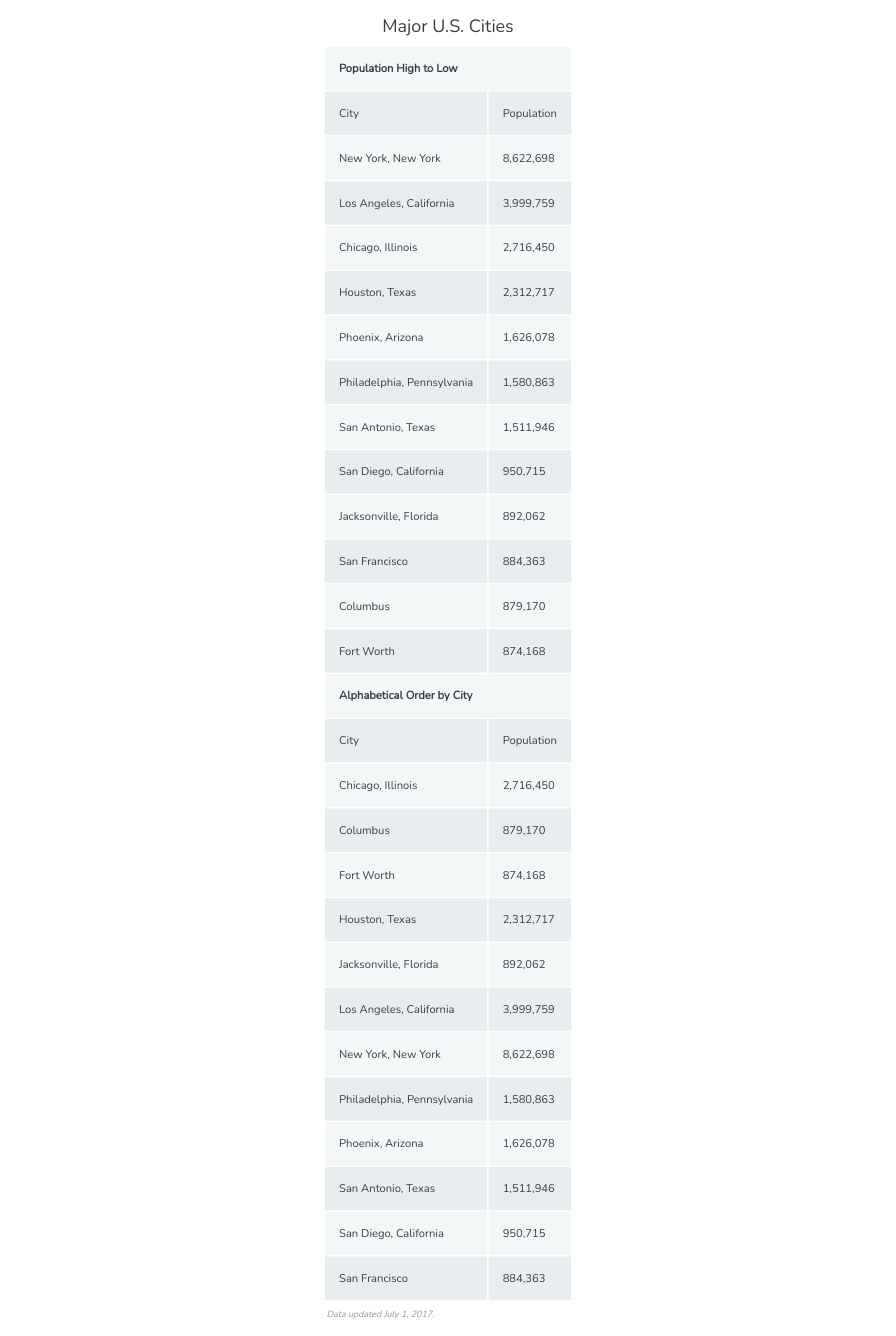
Repository: oduong1/COSW30
Page: http://localhost/homework/hw4/population_array.php
The author's editor kept a record of every edit. The page is drawn from the files as they stood at one moment, then again after the next edit.
The browser window is 1280 px wide. The pictures show the whole page, at 70% of full size.
The page is run by PHP 8.4 with error messages shown; the project is at /var/www/html/.

Above is the page before.
Not found: homework/hw4/normalize.css

### homework/hw4/population_array.php
<!DOCTYPE html>
<html>
  <head>
    <meta charset="utf-8">
    <meta name="viewport" content="width=device-width, initial-scale=1.0">
    <title>City Population</title>
    <link rel="stylesheet" href="normalize.css">
    <link href='http://fonts.googleapis.com/css?family=Nunito:400,300' rel='stylesheet' type='text/css'>
    <link rel="stylesheet" href="table.css">
  </head>
  <body>

      <table>
        <caption>Major U.S. Cities</caption>
        <!--<thead>-->
        <!--    <tr>-->
        <!--      <th scope="col">City</th>-->
        <!--      <th scope="col">Population</th>   -->
        <!--    </tr>-->
        <!--</thead>-->

        <tfoot>
          <tr>
            <td colspan="3">Data updated July 1, 2017.</td>
          </tr>
        </tfoot>
      <tbody>
    <?php // Create array

        $population = [
            "New York, New York" => "8,622,698",
            "Los Angeles, California" => "3,999,759",
            "Chicago, Illinois" => "2,716,450",
            "Houston, Texas" => "2,312,717",
            "Phoenix, Arizona" => "1,626,078",
            "Philadelphia, Pennsylvania" => "1,580,863",
            "San Antonio, Texas" => "1,511,946",
            "San Diego, California" => "950,715",
            "Jacksonville, Florida" => "892,062",
            "San Francisco" => "884,363",
            "Columbus" => "879,170",
            "Fort Worth" => "874,168"
        ];

//display original list
echo '<tr><td colspan="2"><b>Population High to Low</br></td></tr>';
echo '<tr><td>City</td><td>Population</td></tr>';

        foreach ($population as $city => $pop) {
            echo "
                <tr>
                  <td>$city</td>
                  <td>$pop</td>
                </tr>\n";
            }

//display list by city
ksort($population);
echo '<tr><td colspan="2" text-align="center"><b>Alphabetical Order by City</br></td></tr>';
echo '<tr><td>City</td><td>Population</td></tr>';

        foreach ($population as $city => $pop) {
            echo "
                <tr>
                  <td>$city</td>
                  <td>$pop</td>
                </tr>\n";
            }
?>
        </tbody>

      </table>

  </body>
</html>

### homework/hw4/table.css
*, *:before, *:after {
  -moz-box-sizing: border-box;
  -webkit-box-sizing: border-box;
  box-sizing: border-box;
}

body {
  font-family: 'Nunito', sans-serif;
  color: #384047;
  text-align: center;
}

table {
  max-width: 960px;
  margin: 10px auto;
}

#center_a {
  display: block;
  max-width: 960px;
  margin: 10px auto;
  color: blue;

}

caption {
  font-size: 1.6em;
  font-weight: 400;
  padding: 10px 0;
}

thead th {
  font-weight: 400;
  background: #8a97a0;
  color: #FFF;
}

tr {
  background: #f4f7f8;
  border-bottom: 1px solid #FFF;
  margin-bottom: 5px;
}

tr:nth-child(even) {
  background: #e8eeef;
}

th {
  text-align: center;
  padding: 20px;
  font-weight: 300;
}

td {
  text-align: left;
  padding: 20px;
  font-weight: 300;
}

tfoot tr {
  background: none;
}

tfoot td {
  padding: 10px 2px;
  font-size: 0.8em;
  font-style: italic;
  color: #8a97a0;
}

After the next edit:
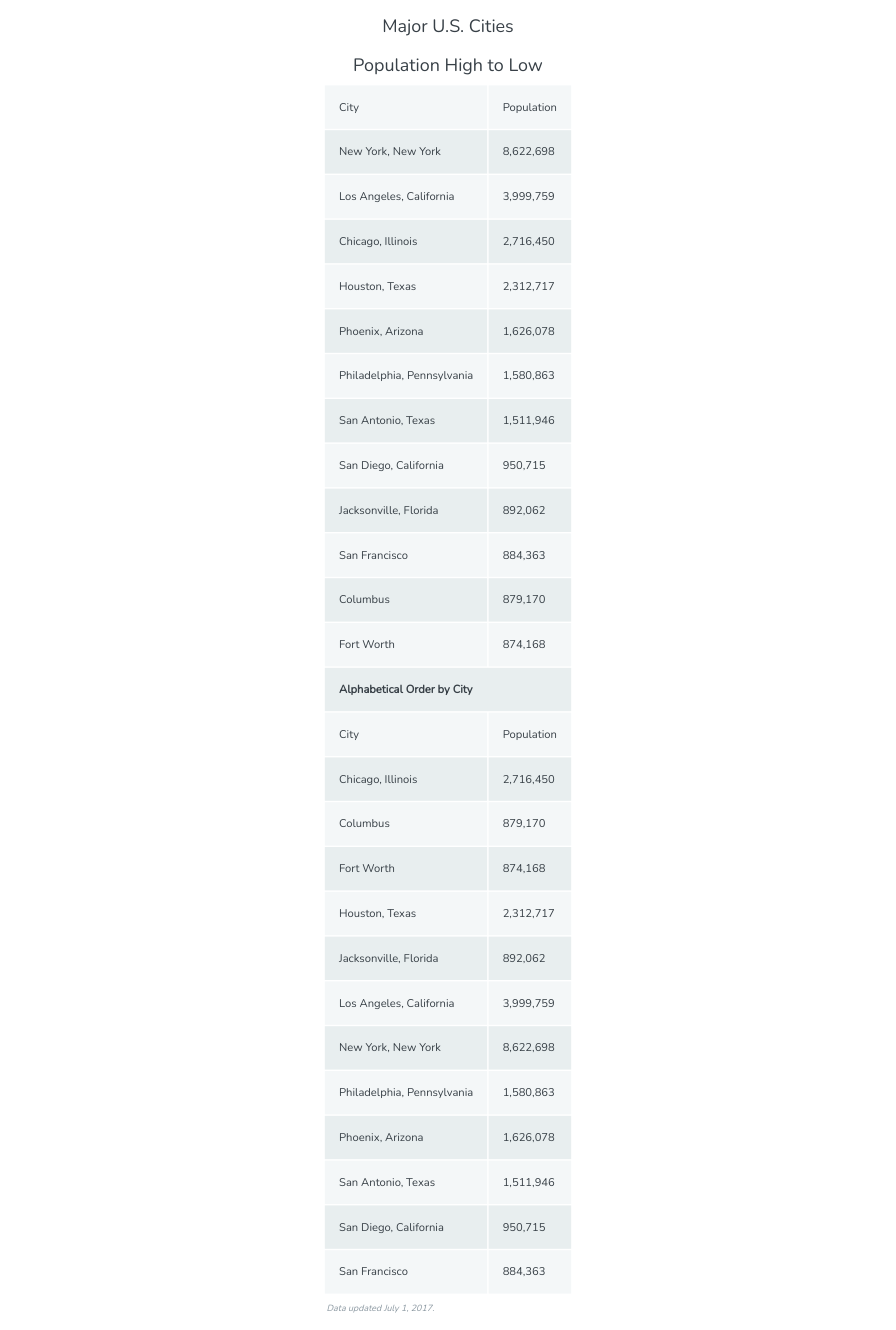
The edit:
--- a/homework/hw4/population_array.php
+++ b/homework/hw4/population_array.php
@@ -43,7 +43,8 @@
         ];
 
 //display original list
-echo '<tr><td colspan="2"><b>Population High to Low</br></td></tr>';
+echo'        <caption>Population High to Low</caption>';
+// echo '<tr><td colspan="2"><b>Population High to Low</br></td></tr>';
 echo '<tr><td>City</td><td>Population</td></tr>';
 
         foreach ($population as $city => $pop) {
